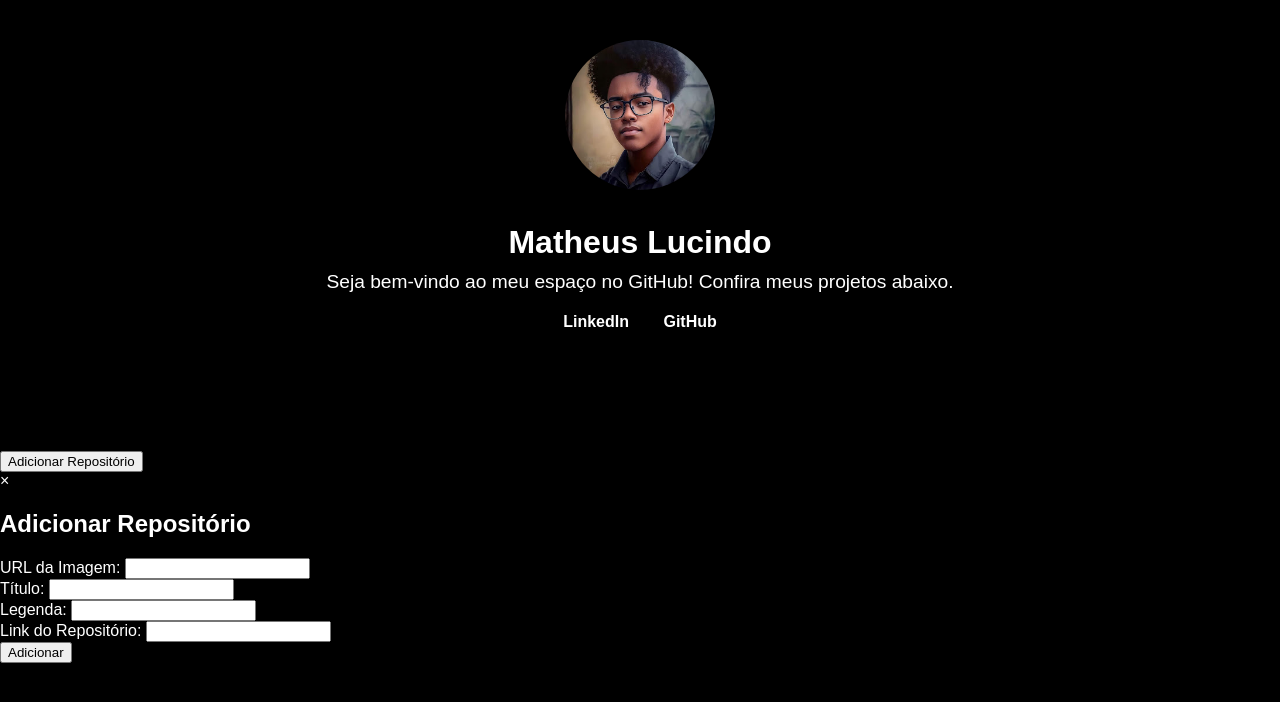
Repository: Matheus904-12/Meu-Perfil
Page: index.html
These files come from the project's save history. The page is drawn as it stood at one moment and after a run of saves; the edit follows.
The browser window is 1280 px wide. The pictures show the whole page.

Above is the page before, as saved 2023-09-26 23:01:45.
Console error: SyntaxError: Unexpected end of input

After the next 2 saves:
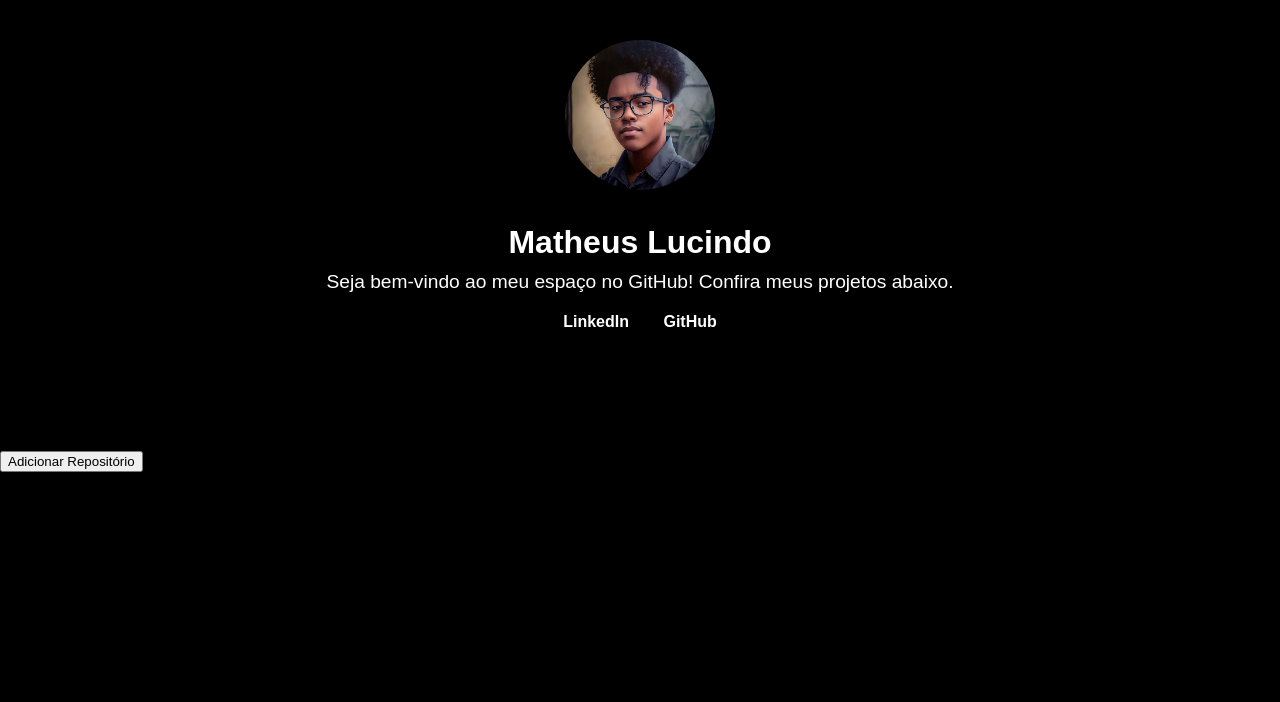
The 2 saves are shown as one change because they came seconds apart.
The last was saved 43 s later.
--- a/styles.css
+++ b/styles.css
@@ -180,3 +180,65 @@
         font-size: 0.8em;
     }
 }
+
+.modal {
+    display: none;
+    position: fixed;
+    z-index: 1;
+    left: 0;
+    top: 0;
+    width: 100%;
+    height: 100%;
+    overflow: auto;
+    background-color: rgba(0,0,0,0.5);
+}
+
+.modal-content {
+    background-color: #fefefe;
+    margin: 15% auto;
+    padding: 20px;
+    border: 1px solid #888;
+    width: 80%;
+    max-width: 600px;
+    border-radius: 10px;
+    position: relative;
+}
+
+.close {
+    color: #aaa;
+    float: right;
+    font-size: 28px;
+    font-weight: bold;
+}
+
+.close:hover,
+.close:focus {
+    color: black;
+    text-decoration: none;
+    cursor: pointer;
+}
+
+#repository-form {
+    margin-top: 20px;
+}
+
+#repository-form label,
+#repository-form input {
+    display: block;
+    width: 100%;
+    margin-bottom: 10px;
+}
+
+#repository-form input {
+    padding: 10px;
+    border: 1px solid #ccc;
+    border-radius: 5px;
+    font-size: 16px;
+}
+
+#repository-form input[type="submit"] {
+    background-color: #00aa1a;
+    color: #fff;
+    font-size: 16px;
+    cursor: pointer;
+}

After the save that followed:
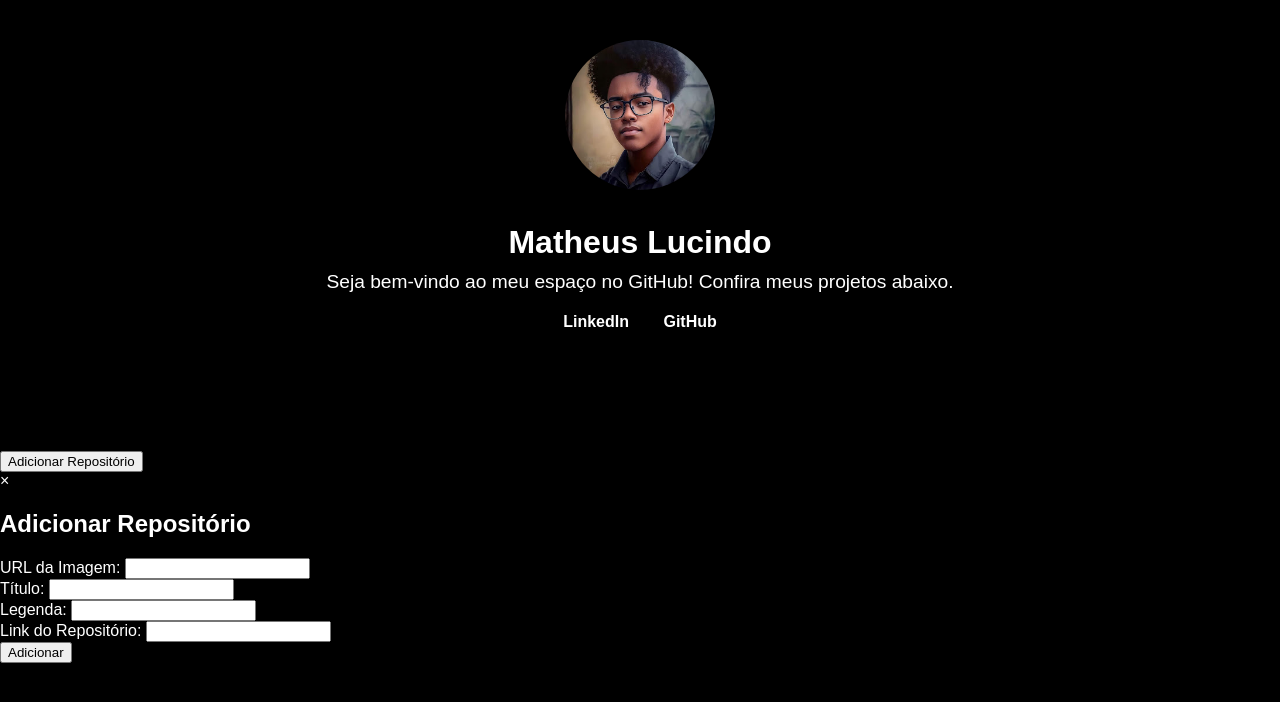
Saved 16 s later.
--- a/styles.css
+++ b/styles.css
@@ -180,65 +180,3 @@
         font-size: 0.8em;
     }
 }
-
-.modal {
-    display: none;
-    position: fixed;
-    z-index: 1;
-    left: 0;
-    top: 0;
-    width: 100%;
-    height: 100%;
-    overflow: auto;
-    background-color: rgba(0,0,0,0.5);
-}
-
-.modal-content {
-    background-color: #fefefe;
-    margin: 15% auto;
-    padding: 20px;
-    border: 1px solid #888;
-    width: 80%;
-    max-width: 600px;
-    border-radius: 10px;
-    position: relative;
-}
-
-.close {
-    color: #aaa;
-    float: right;
-    font-size: 28px;
-    font-weight: bold;
-}
-
-.close:hover,
-.close:focus {
-    color: black;
-    text-decoration: none;
-    cursor: pointer;
-}
-
-#repository-form {
-    margin-top: 20px;
-}
-
-#repository-form label,
-#repository-form input {
-    display: block;
-    width: 100%;
-    margin-bottom: 10px;
-}
-
-#repository-form input {
-    padding: 10px;
-    border: 1px solid #ccc;
-    border-radius: 5px;
-    font-size: 16px;
-}
-
-#repository-form input[type="submit"] {
-    background-color: #00aa1a;
-    color: #fff;
-    font-size: 16px;
-    cursor: pointer;
-}
